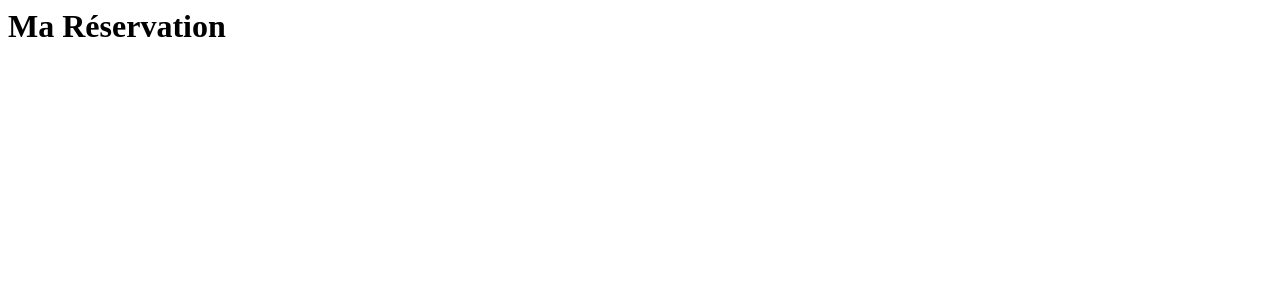
Repository: lemonhao9/QuaiAntiqueRestaurantFront
Page: pages/reservations/reserver.html
These files come from the project's save history. The page is drawn as it stood at one moment and after the next save; the edit follows.
The browser window is 1280 px wide. The pictures show the whole page.

Above is the page before, as saved 2025-01-24 15:52:52.

### pages/reservations/reserver.html
<div class="hero-scene text-center text-white">
    <div class="hero-scene-content">
            <h1>Ma Réservation</h1>
    </div>
</div>

After the next save:
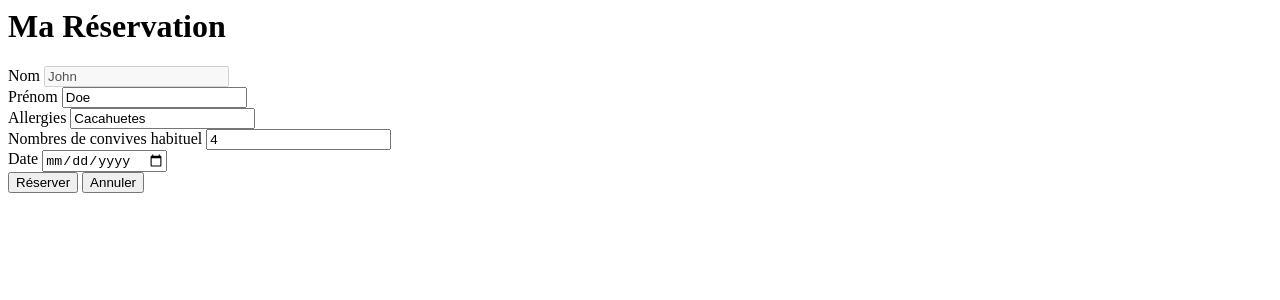
Saved 4 min 53 s later.
--- a/pages/reservations/reserver.html
+++ b/pages/reservations/reserver.html
@@ -3,3 +3,32 @@
             <h1>Ma Réservation</h1>
     </div>
 </div>
+
+<div class="container">
+    <form>
+        <div class="mb-3">
+            <label for="NomInput" class="form-label">Nom</label>
+            <input disabled type="text" class="form-control" id="NomInput" placeholder="Votre nom" value="John" name="Nom">
+        </div>
+        <div class="mb-3">
+            <label for="PrenomInput" class="form-label">Prénom</label>
+            <input type="text" class="form-control" id="PrenomInput" placeholder="Votre prénom" value="Doe" name="Prenom">
+        </div>
+        <div class="mb-3">
+          <label for="AllergieInput" class="form-label">Allergies</label>
+          <input type="text" class="form-control" id="AllergieInput" placeholder="Vos allergies (fruits de mer, arachides…)"  value="Cacahuetes" name="Allergies">
+        </div>
+        <div class="mb-3">
+            <label for="NbConvivesInput" class="form-label">Nombres de convives habituel</label>
+            <input type="number" class="form-control" id="NbConvivesInput" placeholder="Combien vous êtes habituellement ?"  value="4" name="NbConvives">
+        </div>
+        <div class="mb-3">
+            <label for="DateInput" class="form-label">Date</label>
+            <input type="date" class="form-control" id="DateInput" value="4" name="NbConvives">
+        </div>
+        <div class="text-center">
+            <button type="submit" class="btn btn-primary">Réserver</button>
+            <button type="button" class="btn btn-danger">Annuler</button>
+        </div>
+    </form>
+</div>
